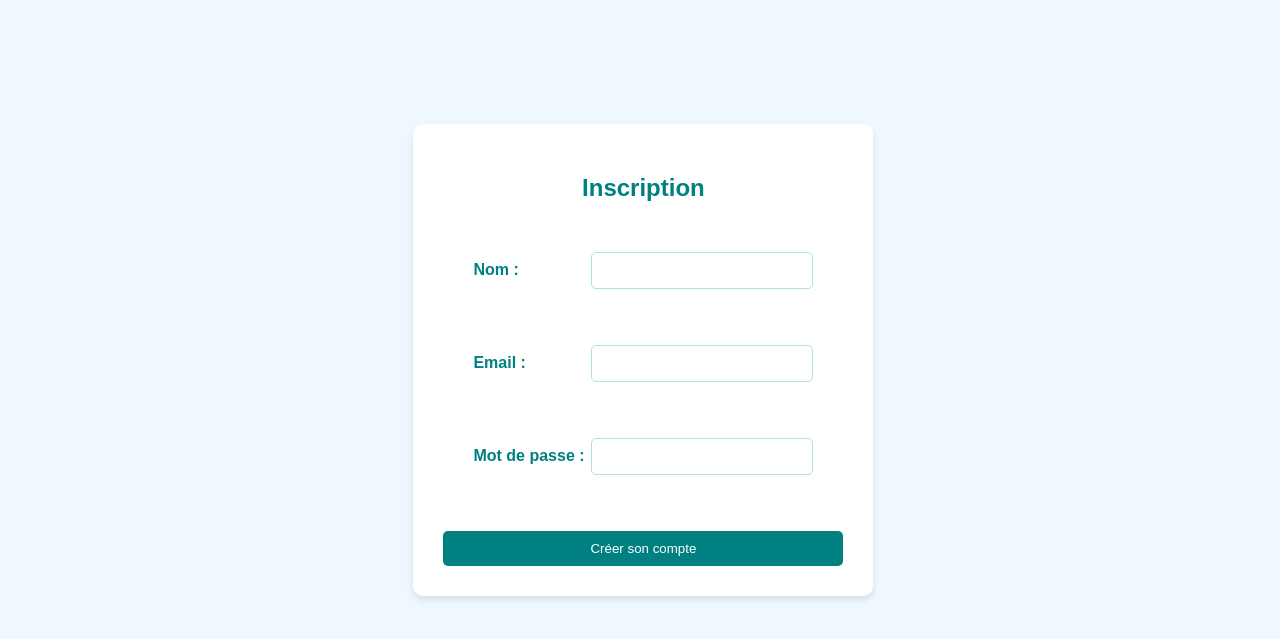
Repository: marwaouahouah1/OdysseyOfMemories
Page: /SignUpUser (app in frontend/)
These files come from the project's save history. The page is drawn as it stood at one moment and after the next save; the edit follows.
The browser window is 1280 px wide. The pictures show the whole page.
The project was rebuilt for these pictures with package versions that can differ from the ones it lists, and the page was loaded fresh each time. Also part of the build but not shown: frontend/src/Connexion/Login.js, frontend/src/App.js, frontend/src/Profile/Profile.js.

Above is the page before, as saved 2023-04-01 17:57:08.

After the next save:
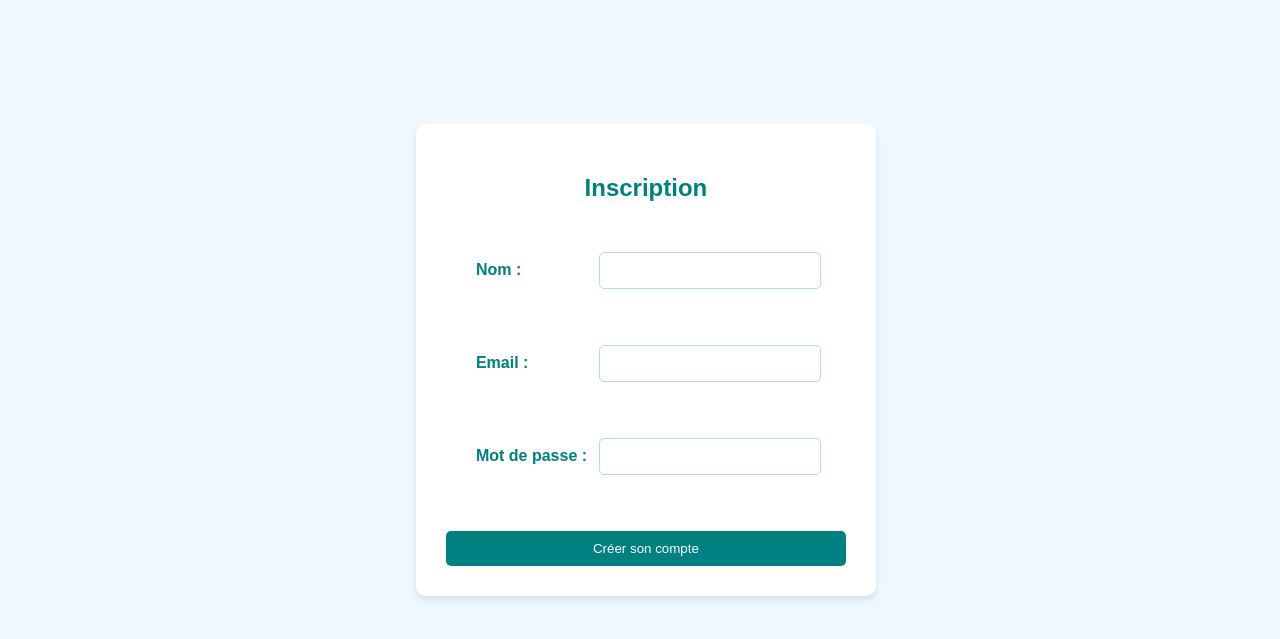
Saved 1 s later.
--- a/frontend/src/SignUp/signupuser.css
+++ b/frontend/src/SignUp/signupuser.css
@@ -36,7 +36,7 @@ body {
   }
   form input {
     width: 200px;
-    margin-right: 30px;
+    margin-right: 25px;
   }
 
   label {
